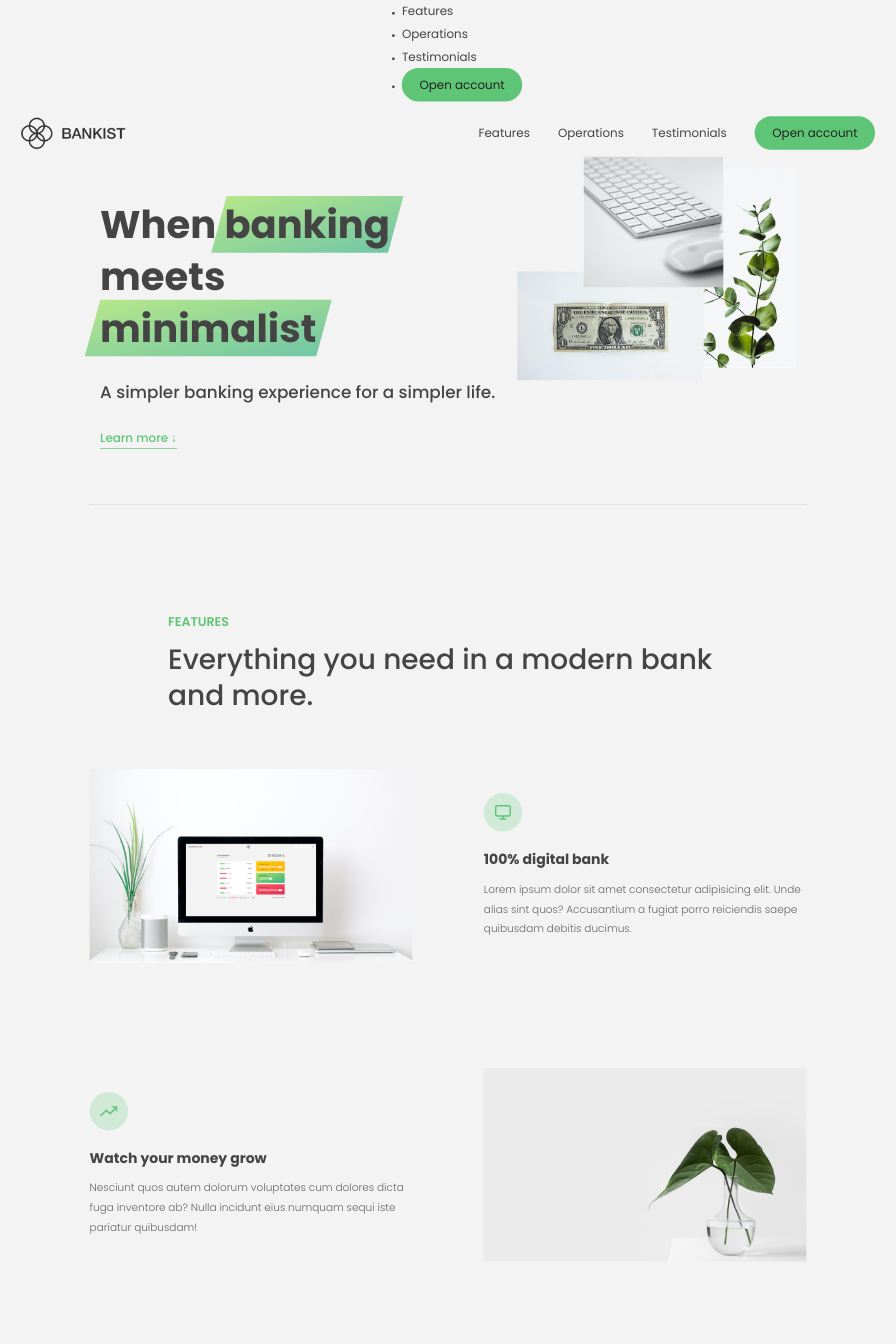
Repository: nptg3105/Bankist
Page: index.html
The author's editor kept a copy of each file at every save. The page is drawn from the files as they stood at one save, then again after the next save.
The browser window is 1280 px wide. The pictures show the part of the page from y = 0 to 1920 px (the page is 5090 px tall), at 70% of full size.
Some web libraries are served in a nearby version.

Above is the page before, as saved 2022-06-02 16:15:28.

### index.html
<!DOCTYPE html>
<html lang="en">
  <head>
    <meta charset="UTF-8" />
    <meta name="viewport" content="width=device-width, initial-scale=1.0" />
    <meta http-equiv="X-UA-Compatible" content="ie=edge" />
    <link rel="shortcut icon" type="image/png" href="images/icon.png" />

    <link
      href="https://fonts.googleapis.com/css?family=Poppins:300,400,500,600&display=swap"
      rel="stylesheet"
    />
    <link
      rel="stylesheet"
      href="https://cdnjs.cloudflare.com/ajax/libs/font-awesome/6.1.1/css/all.min.css"
      integrity="sha512-KfkfwYDsLkIlwQp6LFnl8zNdLGxu9YAA1QvwINks4PhcElQSvqcyVLLD9aMhXd13uQjoXtEKNosOWaZqXgel0g=="
      crossorigin="anonymous"
      referrerpolicy="no-referrer"
    />
    <link rel="stylesheet" href="dist/index.css" />
    <title>Bankist | When Banking meets Minimalist</title>
  </head>
  <body>
    <header class="header">
      <nav class="nav__mobile">
        <ul class="nav__list">
          <li class="nav__item">
            <a class="nav__link" href="#section--1">Features</a>
          </li>
          <li class="nav__item">
            <a class="nav__link" href="#section--2">Operations</a>
          </li>
          <li class="nav__item">
            <a class="nav__link" href="#section--3">Testimonials</a>
          </li>
          <li class="nav__item">
            <a class="nav__link nav__link--btn btn--show-modal" href="#"
              >Open account</a
            >
          </li>
        </ul>
      </nav>
      <nav class="nav container-fluid">
        <img
          src="images/logo.png"
          alt="Bankist logo"
          class="nav__logo"
          id="logo"
        />
        <ul class="nav__links">
          <li class="nav__item">
            <a class="nav__link" href="#section--1">Features</a>
          </li>
          <li class="nav__item">
            <a class="nav__link" href="#section--2">Operations</a>
          </li>
          <li class="nav__item">
            <a class="nav__link" href="#section--3">Testimonials</a>
          </li>
          <li class="nav__item">
            <a class="nav__link nav__link--btn btn--show-modal" href="#"
              >Open account</a
            >
          </li>
        </ul>
      </nav>

      <div class="header__title container">
        <h1>
          When
          <!-- Green highlight effect -->
          <span class="highlight">banking</span>
          meets<br />
          <span class="highlight">minimalist</span>
        </h1>
        <h4>A simpler banking experience for a simpler life.</h4>
        <button class="btn--text btn--scroll-to">Learn more &DownArrow;</button>
        <img
          src="images/hero.png"
          class="header__img"
          alt="Minimalist bank items"
        />
      </div>
    </header>

    <section class="section container" id="section--1">
      <div class="section__title">
        <h2 class="section__description">Features</h2>
        <h3 class="section__header">
          Everything you need in a modern bank and more.
        </h3>
      </div>

      <div class="features">
        <div class="features__item">
          <img
            src="images/digital-lazy.jpg"
            data-src="images/digital.jpg"
            alt="Computer"
            class="features__img lazy-img"
          />
          <div class="features__feature">
            <div class="features__icon">
              <svg>
                <use xlink:href="images/icons.svg#icon-monitor"></use>
              </svg>
            </div>
            <h5 class="features__header">100% digital bank</h5>
            <p>
              Lorem ipsum dolor sit amet consectetur adipisicing elit. Unde
              alias sint quos? Accusantium a fugiat porro reiciendis saepe
              quibusdam debitis ducimus.
            </p>
          </div>
        </div>

        <div class="features__item features__item--reverse">
          <img
            src="images/grow-lazy.jpg"
            data-src="images/grow.jpg"
            alt="Plant"
            class="features__img lazy-img"
          />
          <div class="features__feature">
            <div class="features__icon">
              <svg>
                <use xlink:href="images/icons.svg#icon-trending-up"></use>
              </svg>
            </div>
            <h5 class="features__header">Watch your money grow</h5>
            <p>
              Nesciunt quos autem dolorum voluptates cum dolores dicta fuga
              inventore ab? Nulla incidunt eius numquam sequi iste pariatur
              quibusdam!
            </p>
          </div>
        </div>

        <div class="features__item">
          <img
            src="images/card-lazy.jpg"
            data-src="images/card.jpg"
            alt="Credit card"
            class="features__img lazy-img"
          />
          <div class="features__feature">
            <div class="features__icon">
              <svg>
                <use xlink:href="images/icons.svg#icon-credit-card"></use>
              </svg>
            </div>
            <h5 class="features__header">Free debit card included</h5>
            <p>
              Quasi, fugit in cumque cupiditate reprehenderit debitis animi enim
              eveniet consequatur odit quam quos possimus assumenda dicta fuga
              inventore ab.
            </p>
          </div>
        </div>
      </div>
    </section>

    <section class="section container" id="section--2">
      <div class="section__title">
        <h2 class="section__description">Operations</h2>
        <h3 class="section__header">
          Everything as simple as possible, but no simpler.
        </h3>
      </div>

      <div class="operations">
        <div class="operations__tab-container">
          <button
            class="btn operations__tab operations__tab--1 operations__tab--active"
            data-tab="1"
          >
            <span>01</span>Instant Transfers
          </button>
          <button class="btn operations__tab operations__tab--2" data-tab="2">
            <span>02</span>Instant Loans
          </button>
          <button class="btn operations__tab operations__tab--3" data-tab="3">
            <span>03</span>Instant Closing
          </button>
        </div>
        <div
          class="operations__content operations__content--1 operations__content--active"
        >
          <div class="operations__icon operations__icon--1">
            <svg>
              <use xlink:href="images/icons.svg#icon-upload"></use>
            </svg>
          </div>
          <h5 class="operations__header">
            Tranfser money to anyone, instantly! No fees, no BS.
          </h5>
          <p>
            Lorem ipsum dolor sit amet, consectetur adipisicing elit, sed do
            eiusmod tempor incididunt ut labore et dolore magna aliqua. Ut enim
            ad minim veniam, quis nostrud exercitation ullamco laboris nisi ut
            aliquip ex ea commodo consequat.
          </p>
        </div>

        <div class="operations__content operations__content--2">
          <div class="operations__icon operations__icon--2">
            <svg>
              <use xlink:href="images/icons.svg#icon-home"></use>
            </svg>
          </div>
          <h5 class="operations__header">
            Buy a home or make your dreams come true, with instant loans.
          </h5>
          <p>
            Duis aute irure dolor in reprehenderit in voluptate velit esse
            cillum dolore eu fugiat nulla pariatur. Excepteur sint occaecat
            cupidatat non proident, sunt in culpa qui officia deserunt mollit
            anim id est laborum.
          </p>
        </div>
        <div class="operations__content operations__content--3">
          <div class="operations__icon operations__icon--3">
            <svg>
              <use xlink:href="images/icons.svg#icon-user-x"></use>
            </svg>
          </div>
          <h5 class="operations__header">
            No longer need your account? No problem! Close it instantly.
          </h5>
          <p>
            Excepteur sint occaecat cupidatat non proident, sunt in culpa qui
            officia deserunt mollit anim id est laborum. Ut enim ad minim
            veniam, quis nostrud exercitation ullamco laboris nisi ut aliquip ex
            ea commodo consequat.
          </p>
        </div>
      </div>
    </section>

    <section class="section container" id="section--3">
      <div class="section__title section__title--testimonials">
        <h2 class="section__description">Not sure yet?</h2>
        <h3 class="section__header">
          Millions of Bankists are already making their lifes simpler.
        </h3>
      </div>

      <div class="slider">
        <div class="slide slide--1">
          <div class="testimonial">
            <h5 class="testimonial__header">Best financial decision ever!</h5>
            <blockquote class="testimonial__text">
              Lorem ipsum dolor sit, amet consectetur adipisicing elit.
              Accusantium quas quisquam non? Quas voluptate nulla minima
              deleniti optio ullam nesciunt, numquam corporis et asperiores
              laboriosam sunt, praesentium suscipit blanditiis. Necessitatibus
              id alias reiciendis, perferendis facere pariatur dolore veniam
              autem esse non voluptatem saepe provident nihil molestiae.
            </blockquote>
            <address class="testimonial__author">
              <img src="images/user-1.jpg" alt="" class="testimonial__photo" />
              <h6 class="testimonial__name">Aarav Lynn</h6>
              <p class="testimonial__location">San Francisco, USA</p>
            </address>
          </div>
        </div>

        <div class="slide slide--2">
          <div class="testimonial">
            <h5 class="testimonial__header">
              The last step to becoming a complete minimalist
            </h5>
            <blockquote class="testimonial__text">
              Quisquam itaque deserunt ullam, quia ea repellendus provident,
              ducimus neque ipsam modi voluptatibus doloremque, corrupti
              laborum. Incidunt numquam perferendis veritatis neque repellendus.
              Lorem, ipsum dolor sit amet consectetur adipisicing elit. Illo
              deserunt exercitationem deleniti.
            </blockquote>
            <address class="testimonial__author">
              <img src="images/user-2.jpg" alt="" class="testimonial__photo" />
              <h6 class="testimonial__name">Miyah Miles</h6>
              <p class="testimonial__location">London, UK</p>
            </address>
          </div>
        </div>

        <div class="slide slide--3">
          <div class="testimonial">
            <h5 class="testimonial__header">
              Finally free from old-school banks
            </h5>
            <blockquote class="testimonial__text">
              Debitis, nihil sit minus suscipit magni aperiam vel tenetur
              incidunt commodi architecto numquam omnis nulla autem,
              necessitatibus blanditiis modi similique quidem. Odio aliquam
              culpa dicta beatae quod maiores ipsa minus consequatur error sunt,
              deleniti saepe aliquid quos inventore sequi. Necessitatibus id
              alias reiciendis, perferendis facere.
            </blockquote>
            <address class="testimonial__author">
              <img src="images/user-3.jpg" alt="" class="testimonial__photo" />
              <h6 class="testimonial__name">Francisco Gomes</h6>
              <p class="testimonial__location">Lisbon, Portugal</p>
            </address>
          </div>
        </div>

        <!-- <div class="slide"><img src="images/img-1.jpg" alt="Photo 1" /></div>
        <div class="slide"><img src="images/img-2.jpg" alt="Photo 2" /></div>
        <div class="slide"><img src="images/img-3.jpg" alt="Photo 3" /></div>
        <div class="slide"><img src="images/img-4.jpg" alt="Photo 4" /></div> -->
        <button class="slider__btn slider__btn--left">&larr;</button>
        <button class="slider__btn slider__btn--right">&rarr;</button>
        <div class="dots"></div>
      </div>
    </section>

    <section class="section section--sign-up">
      <div class="section__title">
        <h3 class="section__header">
          The best day to join Bankist was one year ago. The second best is
          today!
        </h3>
      </div>
      <button class="btn btn--show-modal">Open your free account today!</button>
    </section>

    <footer class="footer">
      <ul class="footer__nav">
        <li class="footer__item">
          <a class="footer__link" href="#">About</a>
        </li>
        <li class="footer__item">
          <a class="footer__link" href="#">Pricing</a>
        </li>
        <li class="footer__item">
          <a class="footer__link" href="#">Terms of Use</a>
        </li>
        <li class="footer__item">
          <a class="footer__link" href="#">Privacy Policy</a>
        </li>
        <li class="footer__item">
          <a class="footer__link" href="#">Careers</a>
        </li>
        <li class="footer__item">
          <a class="footer__link" href="#">Blog</a>
        </li>
        <li class="footer__item">
          <a class="footer__link" href="#">Contact Us</a>
        </li>
      </ul>
      <img src="images/icon.png" alt="Logo" class="footer__logo" />
      <p class="footer__copyright">
        &copy; Copyright by
        <a
          class="footer__link twitter-link"
          target="_blank"
          href="https://twitter.com/jonasschmedtman"
          >Jonas Schmedtmann</a
        >. Use for learning or your portfolio. Don't use to teach. Don't claim
        as your own product.
      </p>
    </footer>

    <div class="modal hidden">
      <button class="btn--close-modal">&times;</button>
      <h2 class="modal__header">
        Open your bank account <br />
        in just <span class="highlight">5 minutes</span>
      </h2>
      <form class="modal__form">
        <label>First Name</label>
        <input type="text" />
        <label>Last Name</label>
        <input type="text" />
        <label>Email Address</label>
        <input type="email" />
        <button class="btn">Next step &rarr;</button>
      </form>
    </div>
    <div class="overlay hidden"></div>

    <script src="./src/js/script.js"></script>
  </body>
</html>

### src/js/script.js
"use strict";

///////////////////////////////////////
// Modal window

const modal = document.querySelector(".modal");
const overlay = document.querySelector(".overlay");
const btnCloseModal = document.querySelector(".btn--close-modal");
const btnsOpenModal = document.querySelectorAll(".btn--show-modal");

const btnScroll = document.querySelector(".btn--scroll-to");
const section1 = document.querySelector("#section--1");

const tabs = document.querySelectorAll(".operations__tab");
const tabsContainer = document.querySelector(".operations__tab-container");
const tabsContent = document.querySelectorAll(".operations__content");

const nav = document.querySelector(".nav");

const openModal = function (e) {
  e.preventDefault();
  modal.classList.remove("hidden");
  overlay.classList.remove("hidden");
};

const closeModal = function () {
  modal.classList.add("hidden");
  overlay.classList.add("hidden");
};

btnsOpenModal.forEach((btn) => {
  btn.addEventListener("click", openModal);
});

btnCloseModal.addEventListener("click", closeModal);
overlay.addEventListener("click", closeModal);

document.addEventListener("keydown", function (e) {
  if (e.key === "Escape" && !modal.classList.contains("hidden")) {
    closeModal();
  }
});

//Scroll Smooth
btnScroll.addEventListener("click", function () {
  section1.scrollIntoView({ behavior: "smooth" });
});

document.querySelector(".nav__links").addEventListener("click", (e) => {
  e.preventDefault();
  if (e.target.classList.contains("nav__link")) {
    const id = e.target.getAttribute("href");
    document.querySelector(id).scrollIntoView({ behavior: "smooth" });
  }
});

//Tabbed Component
tabsContainer.addEventListener("click", function (e) {
  const clicked = e.target.closest(".operations__tab");
  // console.log(clicked);

  //Remove classes
  tabs.forEach((tab) => {
    tab.classList.remove("operations__tab--active");
  });
  tabsContent.forEach((content) => {
    content.classList.remove("operations__content--active");
  });

  if (!clicked) return;

  //Active class
  clicked.classList.add("operations__tab--active");

  //Active content area
  document
    .querySelector(`.operations__content--${clicked.dataset.tab}`)
    .classList.add("operations__content--active");
});

//Faded nav
function handleHover(e) {
  if (e.target.classList.contains("nav__link")) {
    const link = e.target;
    const siblings = link.closest(".nav__links").querySelectorAll(".nav__link");

    siblings.forEach((element) => {
      if (element !== link) element.style.opacity = this;
    });
  }
}

nav.addEventListener("mouseover", handleHover.bind(0.5));
nav.addEventListener("mouseout", handleHover.bind(1));

//Sticky Nav
const initialCoords = section1.getBoundingClientRect();
const navHeight = nav.getBoundingClientRect().height;
// console.log(navHeight);

window.addEventListener("scroll", function () {
  if (window.scrollY > initialCoords.top - navHeight) {
    nav.classList.add("sticky");
  }
  if (window.scrollY < initialCoords.top) {
    nav.classList.remove("sticky");
  }
});

//Reveal Section
const allSection = document.querySelectorAll(".section");

function revealSection(entries, observer) {
  const [entry] = entries;
  // console.log(entry);
  if (!entry.isIntersecting) return;
  entry.target.classList.remove("section--hidden");
  observer.unobserve(entry.target);
}

const sectionObserver = new IntersectionObserver(revealSection, {
  root: null,
  threshold: 0.15,
});

allSection.forEach((section) => {
  sectionObserver.observe(section);
  section.classList.add("section--hidden");
});

//Lazy-load image
const imgTargets = document.querySelectorAll("img[data-src]");

function loadImg(entries, observer) {
  const [entry] = entries;
  // console.log(entry);

  if (!entry.isIntersecting) return;

  //Replace src with data-src
  entry.target.src = entry.target.dataset.src;

  entry.target.addEventListener("load", () => {
    entry.target.classList.remove("lazy-img");
  });

  observer.unobserve(entry.target);
}

const imgObserver = new IntersectionObserver(loadImg, {
  root: null,
  threshold: 0,
  rootMargin: "-200px",
});

imgTargets.forEach((img) => imgObserver.observe(img));

//Slider
function slider() {
  const slides = document.querySelectorAll(".slide");
  const btnNext = document.querySelector(".slider__btn--right");
  const btnPrev = document.querySelector(".slider__btn--left");
  const dotContainer = document.querySelector(".dots");

  let curSlide = 0;
  const maxSlide = slides.length;

  //Function
  function createDot() {
    slides.forEach((_, i) => {
      dotContainer.insertAdjacentHTML(
        "beforeend",
        `<button class="dots__dot" data-slide=${i}></button>`
      );
    });
  }

  function activeDot(slide) {
    document
      .querySelectorAll(".dots__dot")
      .forEach((dot) => dot.classList.remove("dots__dot--active"));

    document
      .querySelector(`.dots__dot[data-slide="${slide}"]`)
      .classList.add("dots__dot--active");
  }

  function goToSlide(slide) {
    slides.forEach((s, i) => {
      s.style.transform = `translateX(${100 * (i - slide)}%)`;
    });
  }

  function init() {
    goToSlide(0);
    createDot();
    activeDot(0);
  }
  init();

  //Next Slide
  function nextSlide() {
    if (curSlide === maxSlide - 1) {
      curSlide = 0;
    } else {
      curSlide++;
    }

    goToSlide(curSlide);
    activeDot(curSlide);
  }

  //PrevSlide
  function prevSlide() {
    if (curSlide === 0) {
      curSlide = maxSlide - 1;
    } else {
      curSlide--;
    }
    goToSlide(curSlide);
    activeDot(curSlide);
  }

  btnNext.addEventListener("click", nextSlide);
  btnPrev.addEventListener("click", prevSlide);

  document.addEventListener("keydown", function (e) {
    if (e.key === "ArrowLeft") prevSlide();
    e.key === "ArrowRight" && nextSlide();
  });

  dotContainer.addEventListener("click", function (e) {
    if (e.target.classList.contains("dots__dot")) {
      const slide = e.target.dataset.slide;
      goToSlide(slide);
      activeDot(slide);
    }
  });
}

slider();

Loaded but not shown: dist/index.css (library)

After the next save:
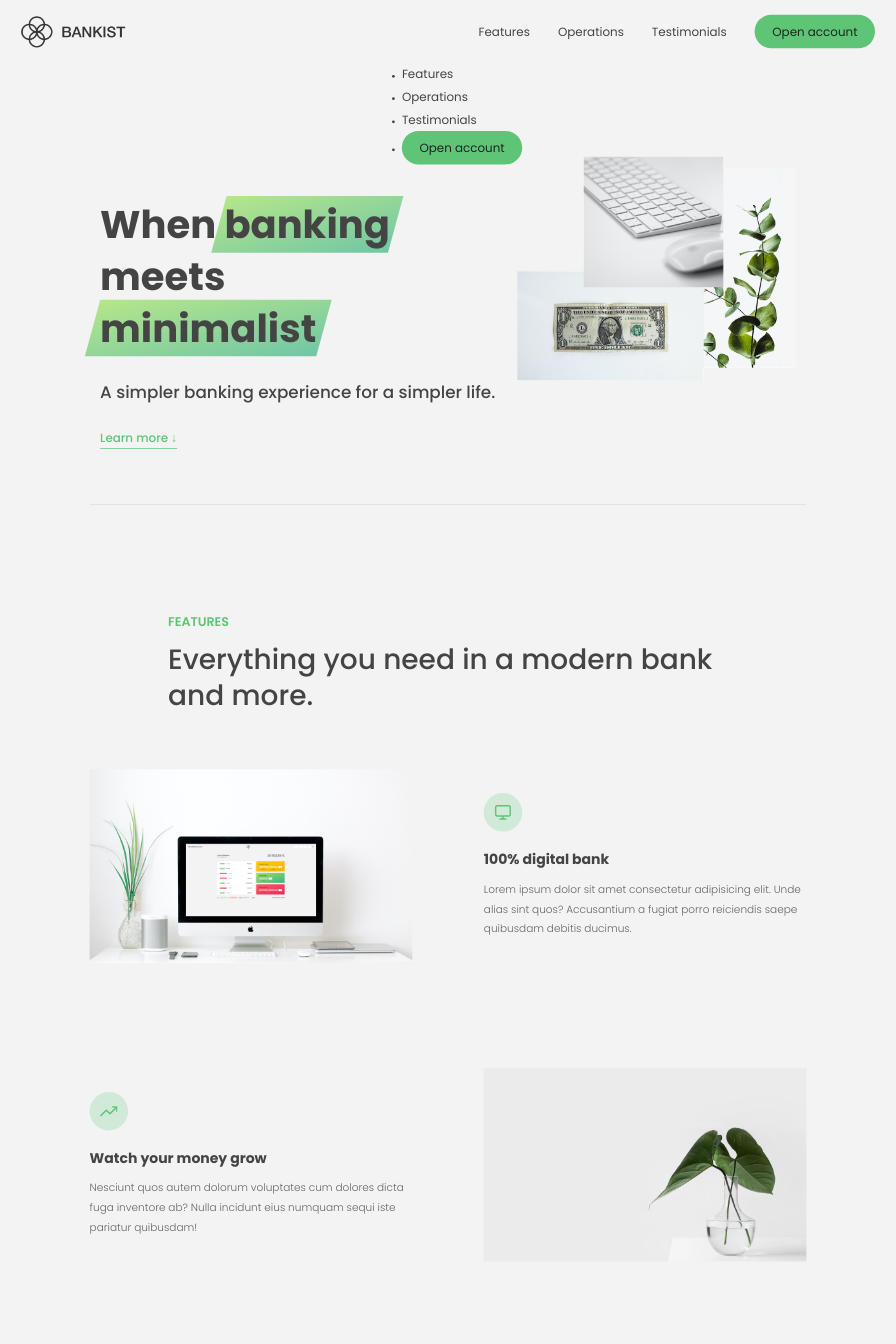
Saved 12 s later.
--- a/index.html
+++ b/index.html
@@ -22,24 +22,6 @@
   </head>
   <body>
     <header class="header">
-      <nav class="nav__mobile">
-        <ul class="nav__list">
-          <li class="nav__item">
-            <a class="nav__link" href="#section--1">Features</a>
-          </li>
-          <li class="nav__item">
-            <a class="nav__link" href="#section--2">Operations</a>
-          </li>
-          <li class="nav__item">
-            <a class="nav__link" href="#section--3">Testimonials</a>
-          </li>
-          <li class="nav__item">
-            <a class="nav__link nav__link--btn btn--show-modal" href="#"
-              >Open account</a
-            >
-          </li>
-        </ul>
-      </nav>
       <nav class="nav container-fluid">
         <img
           src="images/logo.png"
@@ -48,6 +30,24 @@
           id="logo"
         />
         <ul class="nav__links">
+          <li class="nav__item">
+            <a class="nav__link" href="#section--1">Features</a>
+          </li>
+          <li class="nav__item">
+            <a class="nav__link" href="#section--2">Operations</a>
+          </li>
+          <li class="nav__item">
+            <a class="nav__link" href="#section--3">Testimonials</a>
+          </li>
+          <li class="nav__item">
+            <a class="nav__link nav__link--btn btn--show-modal" href="#"
+              >Open account</a
+            >
+          </li>
+        </ul>
+      </nav>
+      <nav class="nav__mobile">
+        <ul class="nav__list">
           <li class="nav__item">
             <a class="nav__link" href="#section--1">Features</a>
           </li>
